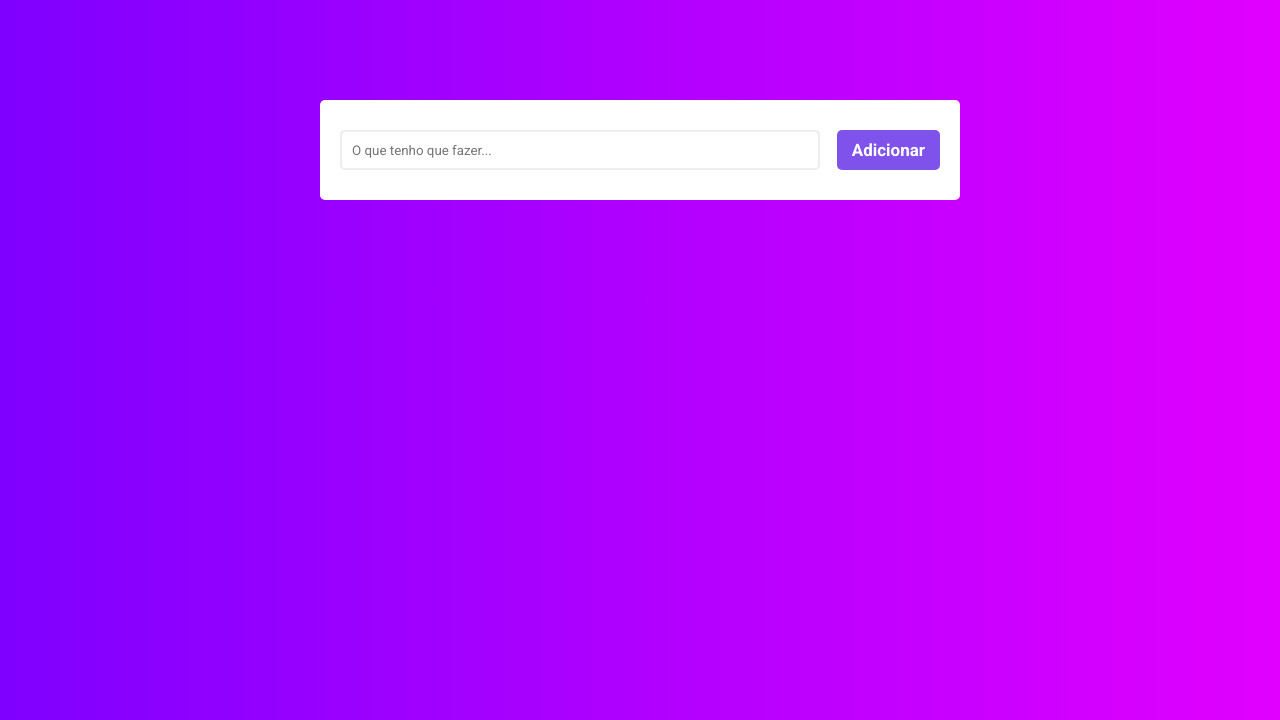
Repository: PLSR12/ToDoList
Page: index.html
These files come from the project's save history. The page is drawn as it stood at one moment and after the next save; the edit follows.
The browser window is 1280 px wide. The pictures show the whole page.
Some web libraries are served in a nearby version.

Above is the page before, as saved 2022-01-14 13:00:46.

### index.html
<!DOCTYPE html>
<html lang="pt-br">

<head>
    <meta charset="UTF-8">
    <meta http-equiv="X-UA-Compatible" content="IE=edge">
    <meta name="viewport" content="width=device-width, initial-scale=1.0">
    <script src="https://kit.fontawesome.com/7a5bd120bc.js" crossorigin="anonymous"></script>
    <link rel="stylesheet" href="./styles.css">
    <link rel="preconnect" href="https://fonts.googleapis.com">
    <link rel="preconnect" href="https://fonts.gstatic.com" crossorigin>
    <link href="https://fonts.googleapis.com/css2?family=Roboto:wght@100;400;700&display=swap" rel="stylesheet">
    <title> Lista de Tarefas </title>
</head>

<body>

    <div class="container">
        <input id="input-principal" placeholder="O que tenho que fazer...">

        <button id="botao-adicionar"> Adicionar </button>

        <ul id="tarefas">

        </ul>
    </div>

</body>

<script src="./scripts.js">

</script>

</html>

### styles.css

* {
    margin: 0;
    padding: 0;
    box-sizing: border-box;
    outline: none;
    font-family: 'Roboto', sans-serif;
}

body {
    background: linear-gradient(90deg, #7F00FF 0%, #E100FF 100%);
}


#botao-adicionar {
    background: #8052EC;
    border-radius: 5px;
    height: 40px;
    border: none;
    padding: 0 15px;
    color: #FFFFFF;
    font-size: 17px;
    cursor: pointer;
    float: right;
    font-weight: 700;
}

#botao-adicionar:hover{
    opacity: 0.8;
}

#botao-adicionar:active {
    opacity: 0.6;
}

.container {
    background: #FFFFFF;
    width: 50%;
    height: 100px;
    margin-bottom: 100px;
    border-radius: 5px;
    margin-top: 100px;
    margin-left: auto;
    margin-right: auto;
    padding: 30px 20px;
}

#input-principal {
    width: 80%;
    height: 40px;
    border: 2px solid rgba(209, 211, 212, 0.4);
    border-radius: 5px;
    padding-left: 10px;
}

#tarefas {
    width: 100%;
    list-style: none;
    margin-top: 60px;
}

.item-tarefa {
    background: #F2F2F2;
    box-shadow: 1px 4px 10px rgba(0, 0, 0, 0.2);
    border-radius: 5px;
    padding: 20px 45px;
    cursor: pointer;
    position: relative;
    margin-top: 30px;
}

.nome-tarefa {
    color: #000000;
    font-size: 15px;
}

.botao-delete {
    border: none;
    background: transparent;
    position: absolute;
    right: 0;
    top: 0;
    height: 100%;
    width: 40px;
    cursor: pointer;
    opacity: 0;
    transition: opacity 0.5s ease-in-out;
}

.fa-trash{
    color: red;
}

.botao-foguete {
    border: none;
    background: transparent;
    position: absolute;
    left: 0;
    top: 0;
    height: 100%;
    width: 40px;
    cursor: pointer;
    opacity: 0;
    transition: opacity 0.5s ease-in-out;
}

.fa-rocket {
    color:#4F0FC5;
}

.item-tarefa:hover .botao-delete{
    opacity: 1;
}

.item-tarefa:hover .botao-foguete{
    opacity: 1;
}

.concluido{
   background-color: #d4f88d;
   text-decoration: line-through;
}

### scripts.js
let input = document.getElementById("input-principal");
let button = document.getElementById("botao-adicionar");
let tarefa = document.getElementById("nome-tarefa-id");
let listaCompleta = document.getElementById("tarefas");

let arrayDeTarefas = [];
recarregarTarefas();

function mostrarTarefas() {
  let novaLi = "";

  arrayDeTarefas.forEach((tarefa, index) => {
    novaLi =
      novaLi +
      `
        <li class="item-tarefa ${tarefa.concluida == true ? "concluido" : ""} ">
            <button class="botao-foguete" onclick="concluirTarefa(${index})">
                <i class="fas fa-rocket"></i>
            </button>

            <p class="nome-tarefa ${
              tarefa.concluida == true ? "concluido" : ""
            }" id="nome-tarefa-id">${tarefa.tarefa}</p>

            <button class="botao-delete" onclick="deletarTarefa(${index})">
                <i class="fas fa-trash"></i>
            </button>
        </li>
`;
  });

  listaCompleta.innerHTML = novaLi;

  localStorage.setItem("lista", JSON.stringify(arrayDeTarefas));
}

function deletarTarefa(index) {
  arrayDeTarefas.splice(index, 1);

  mostrarTarefas();
}

function adicionarTarefa() {
  if (input.value) {
    arrayDeTarefas.push({
      tarefa: input.value,
      concluida: false,
    });
  } else {
    alert("Digite uma tarefa");
  }

  input.value = "";
  mostrarTarefas();
}

function concluirTarefa(index) {
  arrayDeTarefas[index].concluida = !arrayDeTarefas[index].concluida;

  mostrarTarefas();
}

function recarregarTarefas() {
  let minhasTarefas = localStorage.getItem("lista");

  if (minhasTarefas) {
    arrayDeTarefas = JSON.parse(minhasTarefas);

    mostrarTarefas();
  }
}

function adicionarPeloEnter(teclas) {
  if (teclas.key === "Enter") {
    adicionarTarefa();
  }
}

button.addEventListener("click", adicionarTarefa);

document.addEventListener("keypress", adicionarPeloEnter);

After the next save:
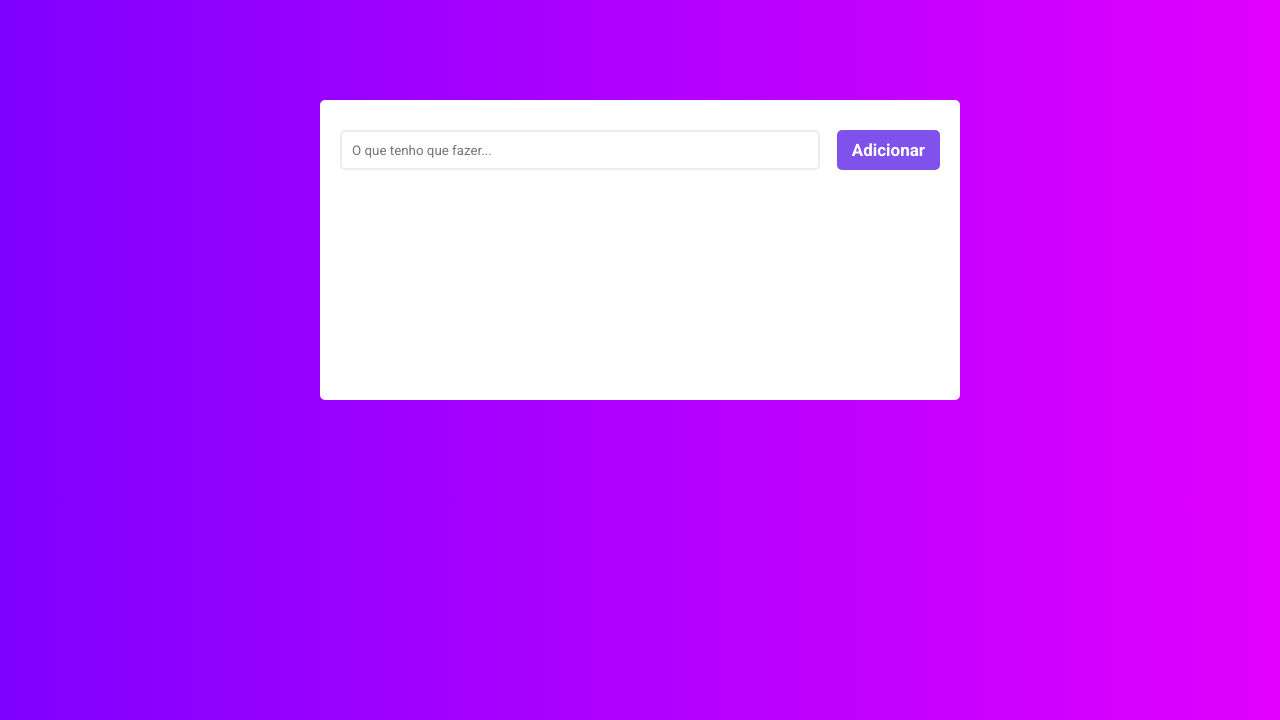
Saved 5 s later.
--- a/styles.css
+++ b/styles.css
@@ -36,7 +36,7 @@ body {
 .container {
     background: #FFFFFF;
     width: 50%;
-    height: 100px;
+    height: 300px;
     margin-bottom: 100px;
     border-radius: 5px;
     margin-top: 100px;
